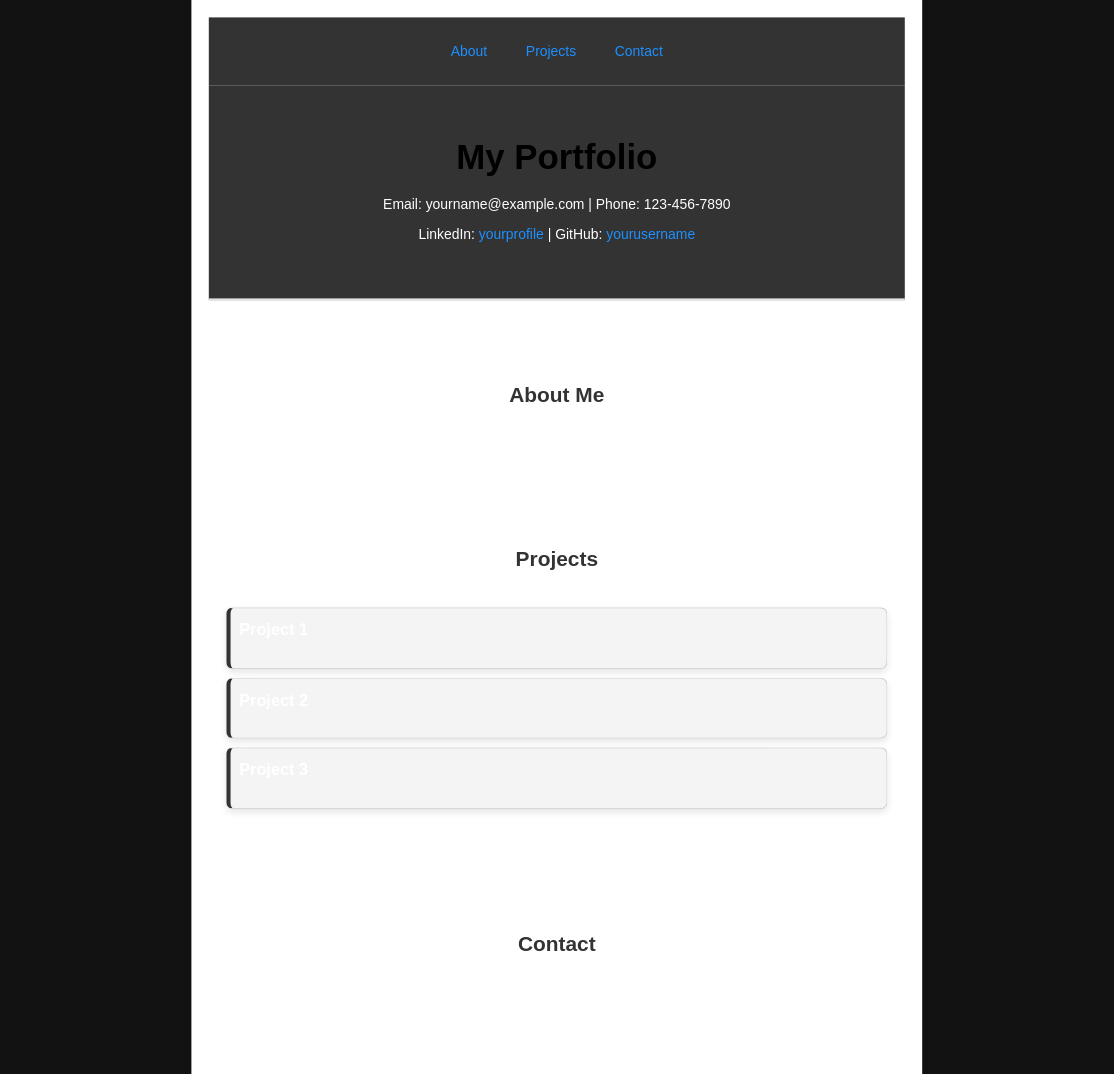
Repository: HoangDuck/portfolio
Page: index.html
These files come from the project's save history. The page is drawn as it stood at one moment and after the next save; the edit follows.
The browser window is 1280 px wide. The pictures show the whole page, at 87% of full size.

Above is the page before, as saved 2025-03-09 22:18:54.

### index.html
<!DOCTYPE html>
<html lang="en">
<head>
    <meta charset="UTF-8">
    <meta name="viewport" content="width=device-width, initial-scale=1.0">
    <title>My Portfolio</title>
    <link rel="stylesheet" href="style.css">
</head>
<body>
    <div class="portfolio-container">
        <nav>
            <ul>
                <li><a href="#about">About</a></li>
                <li><a href="#projects">Projects</a></li>
                <li><a href="#contact">Contact</a></li>
            </ul>
        </nav>
        <header>
            <h1 style="color: black;">My Portfolio</h1>
            <p id="contact-info">Email: yourname@example.com | Phone: 123-456-7890</p>
            <p id="social-media">
                LinkedIn: <a href="https://www.linkedin.com/in/yourprofile">yourprofile</a> |
                GitHub: <a href="https://github.com/yourusername">yourusername</a>
            </p>
        </header>
        <section id="about">
            <h2>About Me</h2>
            <p>Welcome to my portfolio. Here you will find my latest projects and ways to contact me.</p>
        </section>
        <section id="projects" class="projects">
            <h2>Projects</h2>
            <div class="projects-container">
                <ul id="project-list">
                    <li class="project-item">
                        <h3>Project 1</h3>
                    </li>
                    <li class="project-item">
                        <h3>Project 2</h3>
                    </li>
                    <li class="project-item">
                        <h3>Project 3</h3>
                    </li>
                </ul>
            </div>
        </section>
        <section id="contact">
            <h2>Contact</h2>
            <p>Feel free to reach out to me via email or phone.</p>
        </section>
    </div>
    <script src="script.js"></script>
</body>
</html>

### style.css
body {
    font-family: Arial, sans-serif;
    line-height: 1.6;
    background-color: #121212;
    color: #ffffff;
    margin: 0;
    padding: 0;
}

.portfolio-container {
    width: 80%;
    margin: auto;
    overflow: hidden;
    background: white;
    padding: 20px;
    box-shadow: 0 0 10px rgba(0, 0, 0, 0.1);
    max-width: 800px;
    margin: 0 auto;
    padding: 20px;
}

nav {
    background: #333;
    color: #fff;
    padding: 10px 0;
    text-align: center;
}

nav ul {
    list-style: none;
    padding: 0;
    list-style-type: none;
    padding: 0;
}

nav ul li {
    display: inline;
    margin: 0 20px;
    display: inline;
    margin-right: 20px;
}

nav ul li a {
    color: #1e90ff; /* Primary blue color */
    text-decoration: none;
    color: #1e90ff; /* Primary blue color */
}

header {
    text-align: center;
    padding: 50px 0;
    background: #333;
    color: #fff;
    border-bottom: 2px solid #e4e4e4;
    margin-bottom: 20px;
    text-align: center;
    margin-bottom: 50px;
}

header h1 {
    margin: 0;
    font-size: 2.5em;
    color: #1e90ff; /* Primary blue color */
}

header p {
    margin: 10px 0;
}

h2 {
    font-size: 1.5em;
    margin-bottom: 10px;
    color: #555;
}

p {
    margin: 5px 0;
}

ul {
    list-style: none;
    padding: 0;
}

ul li {
    margin-bottom: 10px;
}

a {
    color: #1e90ff; /* Primary blue color */
    text-decoration: none;
}

a:hover {
    text-decoration: underline;
}

section {
    margin-bottom: 20px;
    margin-bottom: 50px;
}

.projects {
    background: #fff;
    padding: 20px;
    margin-top: 20px;
}

.projects h2 {
    text-align: center;
    color: #333;
}

#project-list {
    list-style: none;
    padding: 0;
}

#project-list li {
    background: #f4f4f4;
    margin: 10px 0;
    padding: 10px;
    border-left: 5px solid #333;
    margin-bottom: 10px;
}

#project-list li a {
    text-decoration: none;
    color: #1e90ff; /* Primary blue color */
}

#about, #contact {
    background: #fff;
    padding: 20px;
    margin-top: 20px;
}

#about h2, #contact h2 {
    text-align: center;
    color: #333;
}

.projects-container {
    display: flex;
    flex-direction: column;
}

.project-item {
    background-color: #f9f9f9;
    border: 1px solid #ccc;
    border-radius: 8px;
    padding: 10px;
    width: 100%;
    box-sizing: border-box;
    margin-bottom: 10px;
    box-shadow: 0 4px 8px rgba(0, 0, 0, 0.1);
    transition: transform 0.3s;
}

.project-item:hover {
    transform: translateY(-10px);
}

.project-item h3 {
    margin-top: 0;
}

.project-item p {
    color: #666;
}

.project-item a {
    color: #007bff;
    text-decoration: none;
}

.project-item a:hover {
    text-decoration: underline;
}

### script.js
document.addEventListener('DOMContentLoaded', () => {
    console.log('Portfolio loaded successfully!');
});

After the next save:
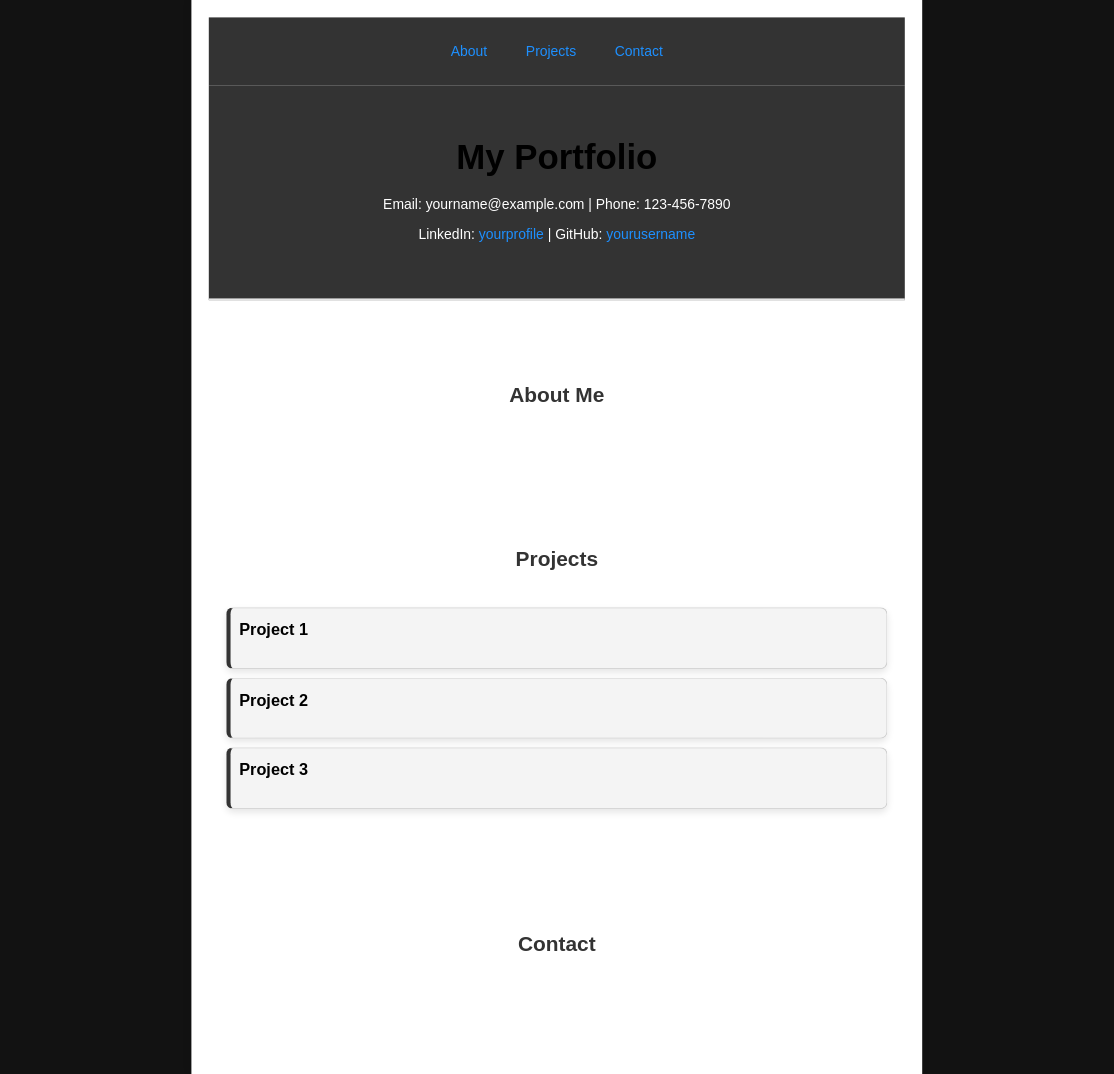
Saved 29 s later.
--- a/index.html
+++ b/index.html
@@ -32,13 +32,13 @@
             <div class="projects-container">
                 <ul id="project-list">
                     <li class="project-item">
-                        <h3>Project 1</h3>
+                        <h3 style="color: black;">Project 1</h3>
                     </li>
                     <li class="project-item">
-                        <h3>Project 2</h3>
+                        <h3 style="color: black;">Project 2</h3>
                     </li>
                     <li class="project-item">
-                        <h3>Project 3</h3>
+                        <h3 style="color: black;">Project 3</h3>
                     </li>
                 </ul>
             </div>
